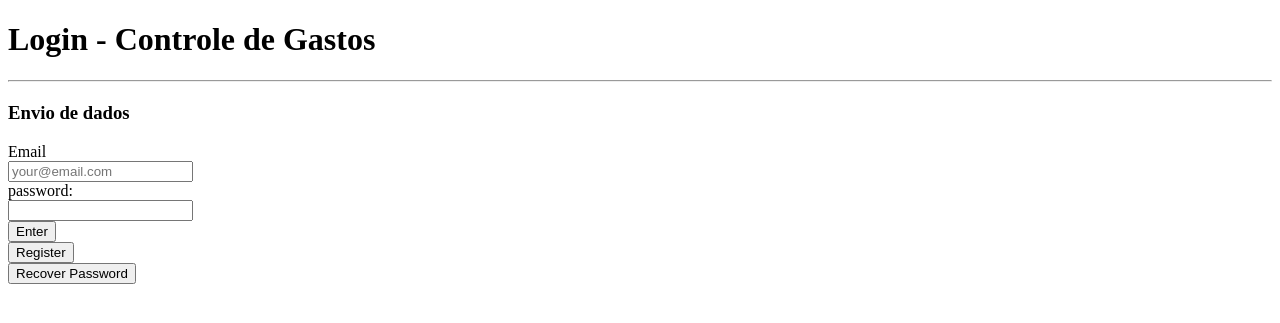
Repository: MarcioFreitasUFSC21/FrontEnd-part-1
Page: index.html
These files come from the project's save history. The page is drawn as it stood at one moment and after the next save; the edit follows.
The browser window is 1280 px wide. The pictures show the whole page.

Above is the page before, as saved 2023-04-22 20:03:34.

After the next save:
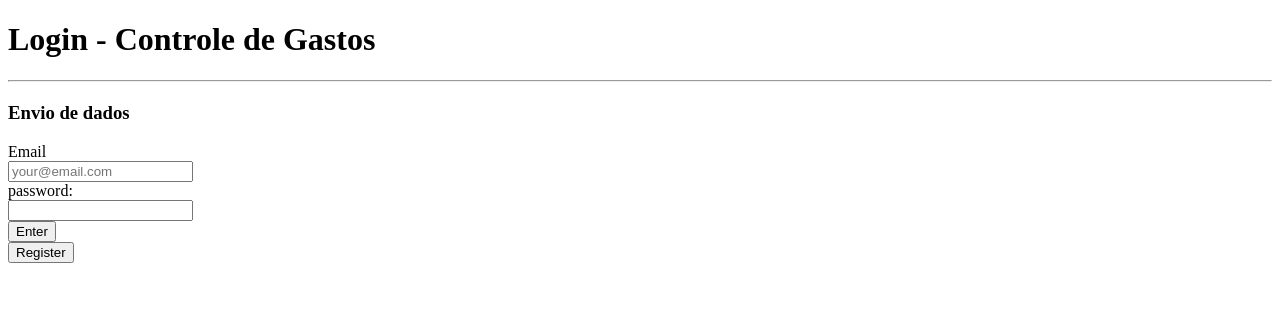
Saved 21 s later.
--- a/index.html
+++ b/index.html
@@ -28,9 +28,7 @@
                     <div>
                       <button  type = "button  class = "solid">Register</button>
                     </div>
-                    <div>
-                       <button type = "button" class = "outline"> Recover Password</button>
-                    </div>
+
             </h2>
     </form>
 </body>
